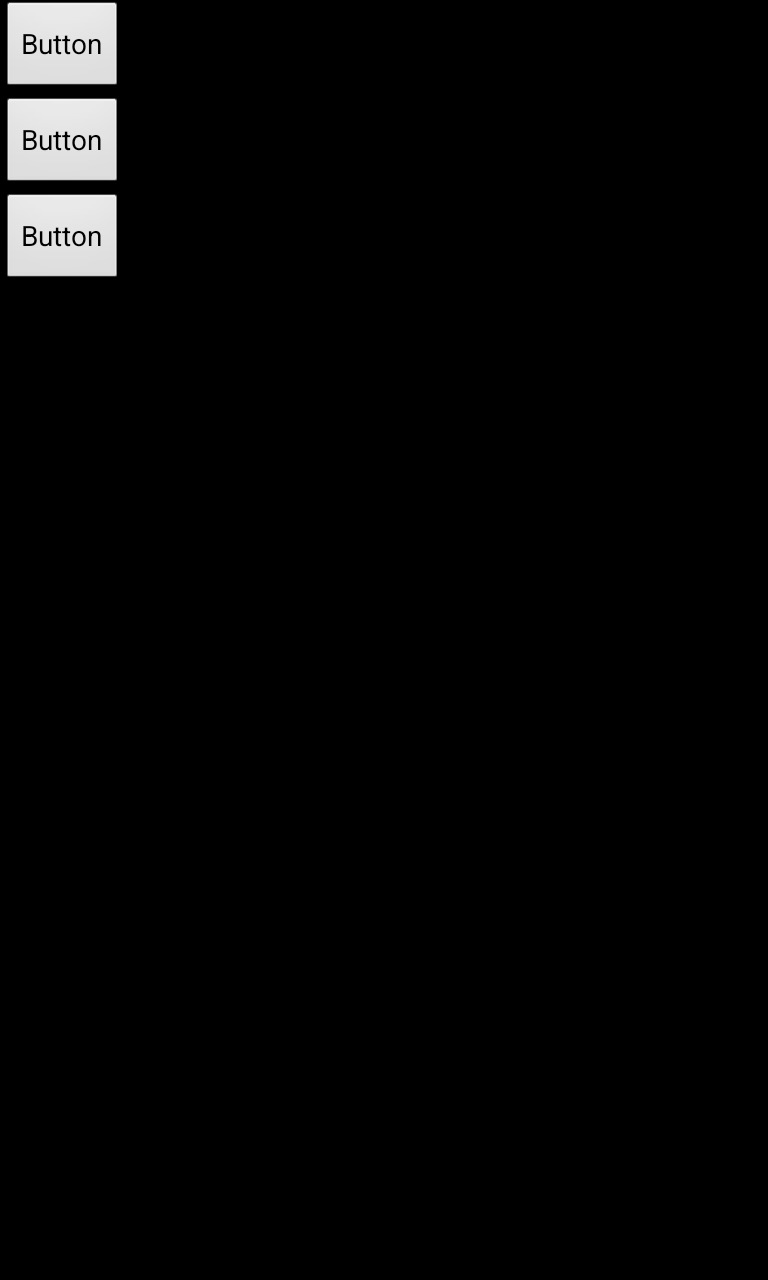
Repository: nuces-acm/DevFest-12-Team-9
Layout: data/Eclipse Workspace of android/Devfest/DCSClientApp/res/layout/tests.xml
The author's editor kept a copy of each file at every save. The layout is drawn from the files as they stood at one save, then again after the next save.
It is drawn on a 768 x 1280 px phone screen (xhdpi) without system bars, with theme android:Theme; the app's code is not run.

Above is the layout before, as saved 2012-03-31 21:33:09.

### data/Eclipse Workspace of android/Devfest/DCSClientApp/res/layout/tests.xml
<?xml version="1.0" encoding="utf-8"?>
<LinearLayout xmlns:android="http://schemas.android.com/apk/res/android"
    android:layout_width="match_parent"
    android:layout_height="match_parent"
    android:orientation="vertical" >

    <Button
        android:id="@+id/button1"
        android:layout_width="wrap_content"
        android:layout_height="wrap_content"
        android:text="Button" />

    <Button
        android:id="@+id/button2"
        android:layout_width="wrap_content"
        android:layout_height="wrap_content"
        android:text="Button" />

    <Button
        android:id="@+id/button3"
        android:layout_width="wrap_content"
        android:layout_height="wrap_content"
        android:text="Button" />

</LinearLayout>

After the next save:
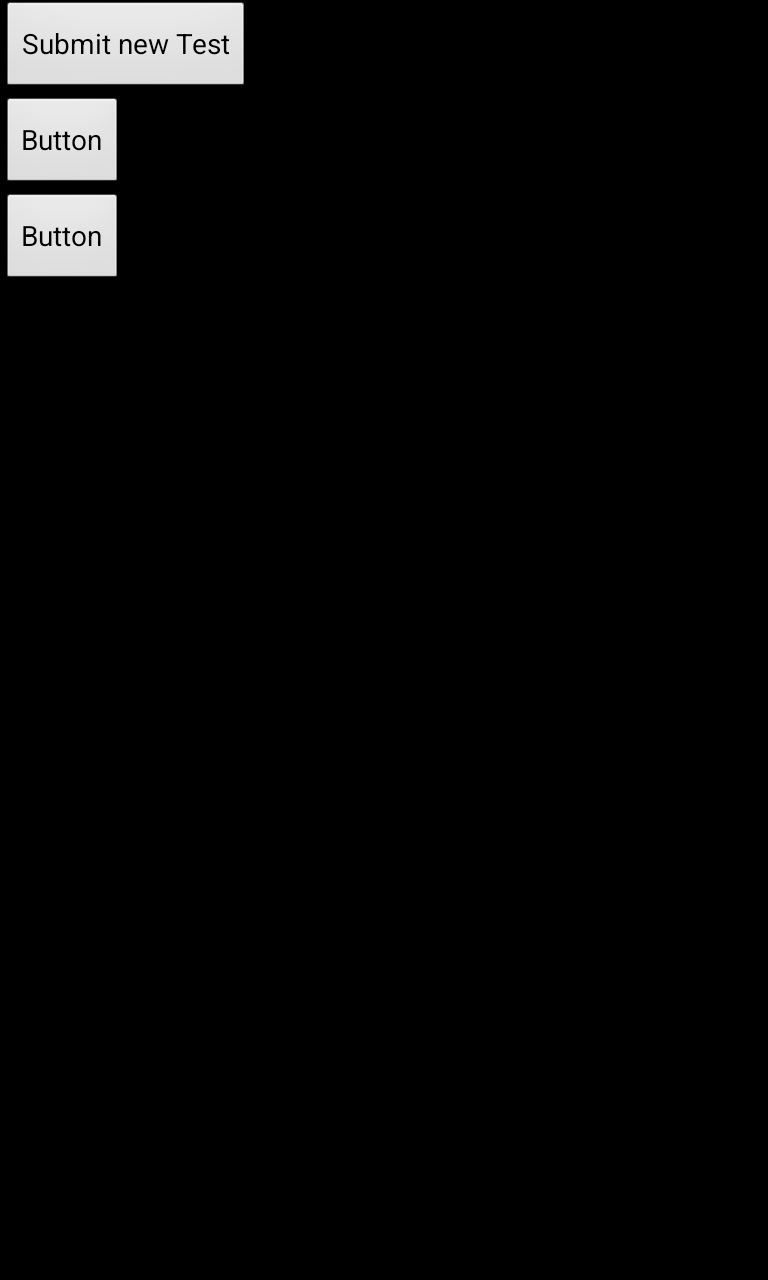
Saved 9 s later.
--- a/data/Eclipse Workspace of android/Devfest/DCSClientApp/res/layout/tests.xml
+++ b/data/Eclipse Workspace of android/Devfest/DCSClientApp/res/layout/tests.xml
@@ -8,7 +8,7 @@
         android:id="@+id/button1"
         android:layout_width="wrap_content"
         android:layout_height="wrap_content"
-        android:text="Button" />
+        android:text="Submit new Test" />
 
     <Button
         android:id="@+id/button2"
